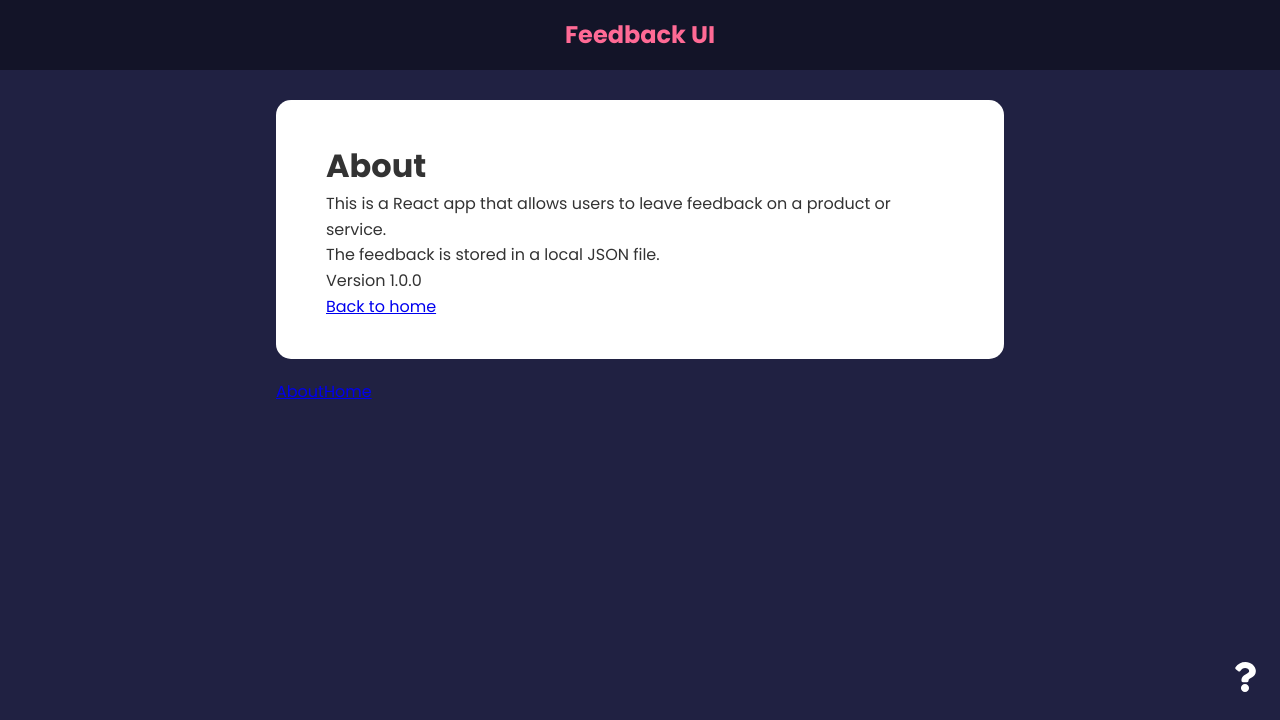
Repository: bayorwor/feedbackapp
Page: /about
An editor plug-in stored every save of this project. The page is shown before and after the next save, followed by the edit.
The browser window is 1280 px wide. The pictures show the whole page.
The project was rebuilt for these pictures with package versions that can differ from the ones it lists, and the page was loaded fresh each time. Also part of the build but not shown: src/components/FeedbaackItem.jsx, src/components/FeedbackList.jsx, src/components/FeedbackStats.jsx, src/components/shared/Button.js, src/components/RatingSelect.jsx, src/components/FeedbackForm.jsx.

Above is the page before, as saved 2022-01-31 07:25:12.

### public/index.html
<!DOCTYPE html>
<html lang="en">
  <head>
    <meta charset="utf-8" />
    <link rel="icon" href="%PUBLIC_URL%/favicon.ico" />
    <meta name="viewport" content="width=device-width, initial-scale=1" />
    <meta name="theme-color" content="#000000" />
    <meta
      name="description"
      content="Web site created using create-react-app"
    />
    <link rel="apple-touch-icon" href="%PUBLIC_URL%/logo192.png" />
    <link rel="manifest" href="%PUBLIC_URL%/manifest.json" />
    <title>feedback app</title>
  </head>
  <body>
    <noscript>You need to enable JavaScript to run this app.</noscript>
    <div id="root"></div>
  </body>
</html>

### src/App.js
import { useState } from "react";
import { BrowserRouter as Router, Route, Routes } from "react-router-dom";
import { v4 as uuidV4 } from "uuid";
import Header from "./components/Header";
import feedbackData from "./data/feedBacks";
import FeedbackList from "./components/FeedbackList";
import FeedbackStats from "./components/FeedbackStats";
import FeedbackForm from "./components/FeedbackForm";
import AboutPage from "./pages/AboutPage";
import AboutIconLink from "./components/AboutIconLink";
import Footer from "./components/Footer";

const App = () => {
  const [feedback, setFeedback] = useState(feedbackData);

  const deleteFeedback = (id) => {
    if (window.confirm("Are you sure you want to delete this feedback?")) {
      setFeedback(feedback.filter((feedback) => feedback.id !== id));
    }
  };

  const addFeedback = (newFeedback) => {
    newFeedback.id = uuidV4();
    setFeedback([newFeedback, ...feedback]);
  };

  return (
    <Router>
      <Header />
      <div className="container">
        <Routes>
          <Route
            exact
            path="/"
            element={
              <>
                <FeedbackForm addFeedback={addFeedback} />
                <FeedbackStats feedback={feedback} />
                <FeedbackList
                  feedback={feedback}
                  deleteFeedback={deleteFeedback}
                />
              </>
            }
          ></Route>
          <Route path="/about" element={<AboutPage />} />
        </Routes>
        <Footer />
        <AboutIconLink />
      </div>
    </Router>
  );
};

export default App;

### src/components/Header.jsx
import React from "react";
import PropTypes from "prop-types";

const Header = ({ text, bgColor, textColor }) => {
  const headerStyle = {
    backgroundColor: bgColor,
    color: textColor,
  };

  return (
    <header style={headerStyle}>
      <div className="container">
        <h2>{text}</h2>
      </div>
    </header>
  );
};

Header.defaultProps = {
  text: "Feedback UI",
  bgColor: "rgba(0, 0, 0, 0.4)",
  textColor: "#ff6a95",
};

Header.propTypes = {
  text: PropTypes.string,
  bgColor: PropTypes.string,
  textColor: PropTypes.string,
};

export default Header;

### src/data/feedBacks.js
const feedbackData = [
  {
    rating: 7,
    text: "This is an example of a feedback item",
    id: 1,
  },
  {
    rating: 9,
    text: "lorem  ipsum dolor sit  amet consectetur adipisicing elit. Qui, quisquam.",
    id: 2,
  },
  {
    rating: 12,
    text: "lorem  ipsum dolor sit  amet consectetur adipisicing elit. Qui, quisquam.",
    id: 3,
  },
];

export default feedbackData;

### src/pages/AboutPage.jsx
import React from "react";
import { Link } from "react-router-dom";
import Card from "../components/shared/Card";

function AboutPage() {
  return (
    <Card>
      <h1>About</h1>
      <p>
        This is a React app that allows users to leave feedback on a product or
        service.
      </p>
      <p>The feedback is stored in a local JSON file.</p>
      <p>Version 1.0.0</p>
      <p>
        <Link to="/">Back to home</Link>
      </p>
    </Card>
  );
}

export default AboutPage;

### src/components/AboutIconLink.jsx
import React from "react";
import { FaQuestion } from "react-icons/fa";
import { Link } from "react-router-dom";

function AboutIconLink() {
  return (
    <div className="about-link">
      <Link to="/about">
        <FaQuestion size={30} />
      </Link>
    </div>
  );
}

export default AboutIconLink;

### src/components/Footer.jsx
import { NavLink } from "react-router-dom";

function Footer() {
  return (
    <div>
      <NavLink to="/about">About</NavLink>
      <NavLink to="/">Home</NavLink>
    </div>
  );
}

export default Footer;

### src/components/shared/Card.jsx
import React from "react";
import PropTypes from "prop-types";

function Card({ children, reverse }) {
  return <div className={`card ${reverse && "reverse"}`}>{children}</div>;
}

Card.defaultProps = {
  reverse: false,
};

Card.propTypes = {
  children: PropTypes.node.isRequired,
  reverse: PropTypes.bool,
};

export default Card;

Loaded but not shown: src/index.js (common file); src/index.css (common file)

After the next save:
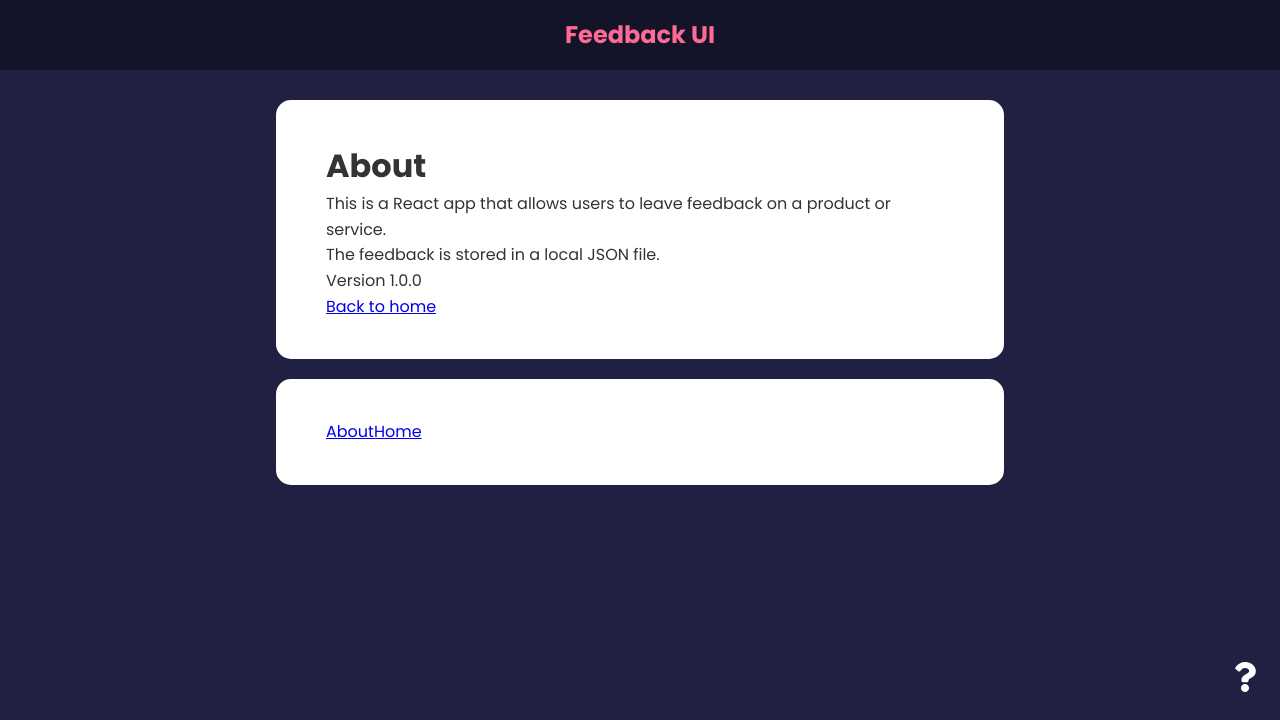
Saved 20 s later.
--- a/src/components/Footer.jsx
+++ b/src/components/Footer.jsx
@@ -1,11 +1,12 @@
 import { NavLink } from "react-router-dom";
+import Card from "./shared/Card";
 
 function Footer() {
   return (
-    <div>
+    <Card>
       <NavLink to="/about">About</NavLink>
       <NavLink to="/">Home</NavLink>
-    </div>
+    </Card>
   );
 }
 
